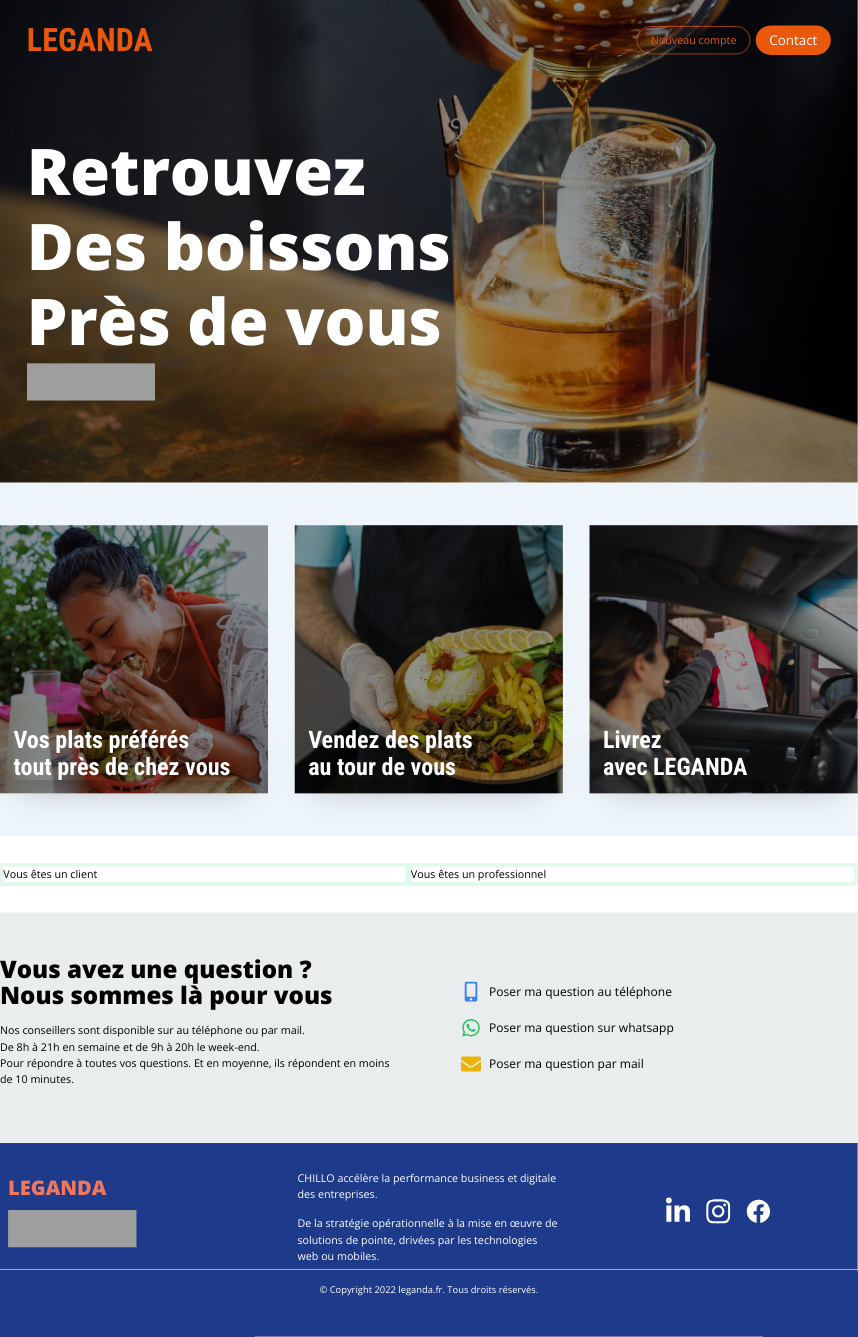
Repository: chillo-tech/website-leganda
Page: /
These files come from the project's save history. The page is drawn as it stood at one moment and after the next save; the edit follows.
The browser window is 1280 px wide. The pictures show the whole page, at 67% of full size.
Pictures or frames that could not be fetched are drawn as grey boxes. The project was rebuilt for these pictures with package versions that can differ from the ones it lists, and the page was loaded fresh each time. Some packages were replaced by stand-ins written for this rebuild. The framework's server and built-in components were replaced by stand-ins that run in the browser. Also part of the build but not shown: next.config.js, components/header/items/SearchBar.tsx.

Above is the page before, as saved 2023-02-09 11:21:51.

After the next save:
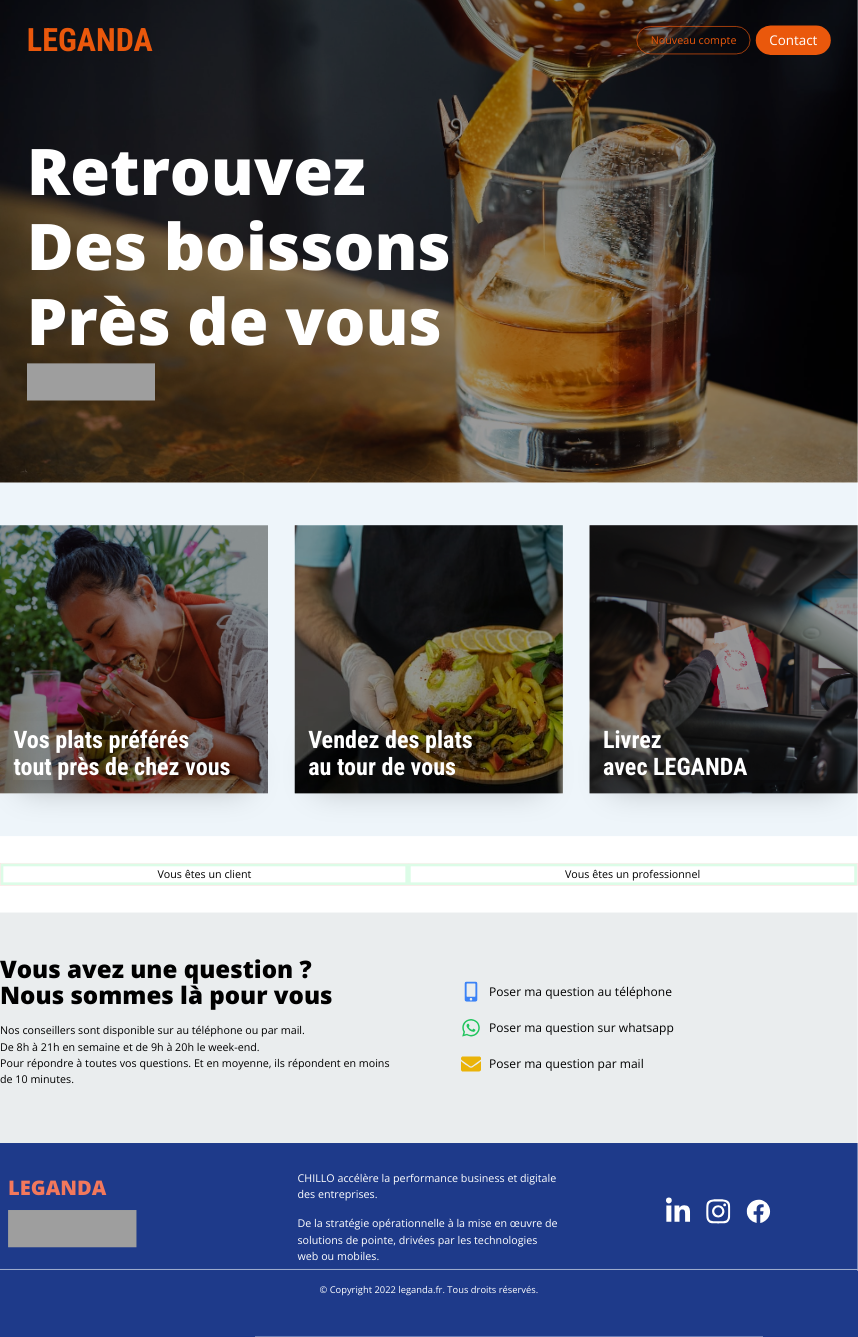
Saved 37 s later.
--- a/components/tabs/index.tsx
+++ b/components/tabs/index.tsx
@@ -6,7 +6,7 @@
       <ul className='flex  border border-red-100 justtify-center items-center'>
         {items.map((item: any, index: number) => (
           <li key={`tab-${index}`} className="border-4 border-green-100 grow">
-            <button type='button'>{item.label}</button>
+            <button type='button' className='w-full'>{item.label}</button>
           </li>
         ))}
       </ul>
